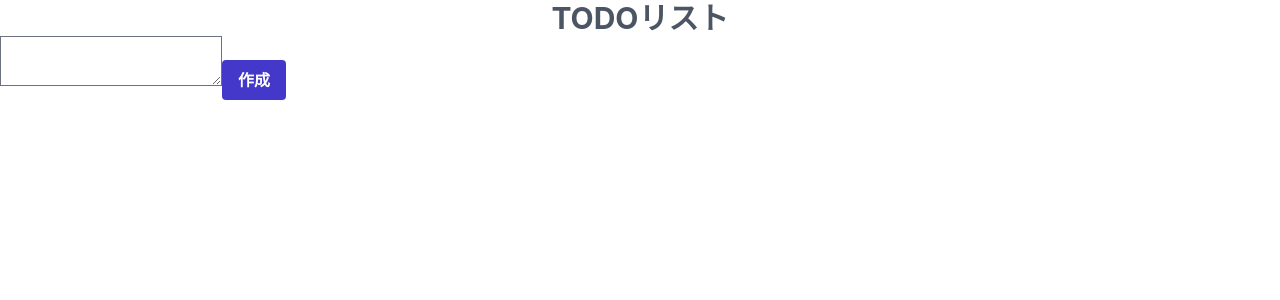
Repository: 1718wani/tsmemoapp
Page: /
These files come from the project's save history. The page is drawn as it stood at one moment and after the next save; the edit follows.
The browser window is 1280 px wide. The pictures show the whole page.
The project was rebuilt for these pictures with package versions that can differ from the ones it lists, and the page was loaded fresh each time. Also part of the build but not shown: webpack.config.js, src/App.css.

Above is the page before, as saved 2023-06-10 20:16:05.

After the next save:
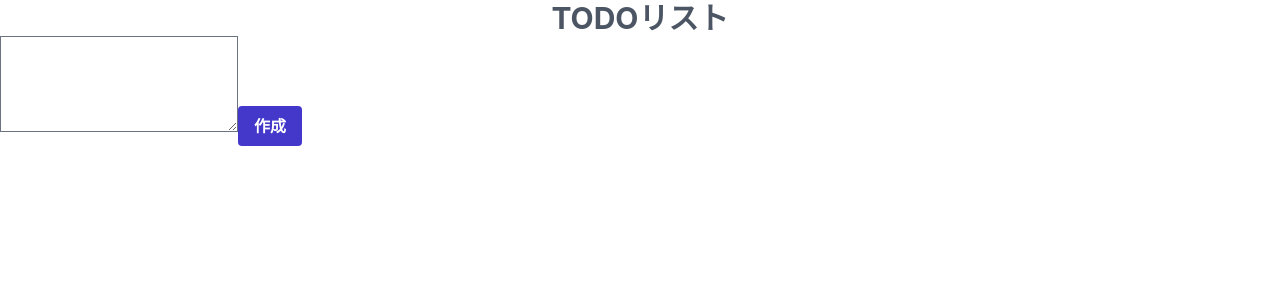
Saved 33 s later.
--- a/src/App.tsx
+++ b/src/App.tsx
@@ -63,7 +63,7 @@ function App() {
             value={inputValue}
             onPaste={handlePaste}
             onChange={(e) => handleChange(e)}
-            className="border border-gray-500 focus:border-blue-500"
+            className="border border-gray-500 focus:border-blue-500 h-24 p-2"
           />
           <input type="submit" value="作成" className="bg-indigo-700 font-semibold text-white py-2 px-4 rounded " />
         </form>
